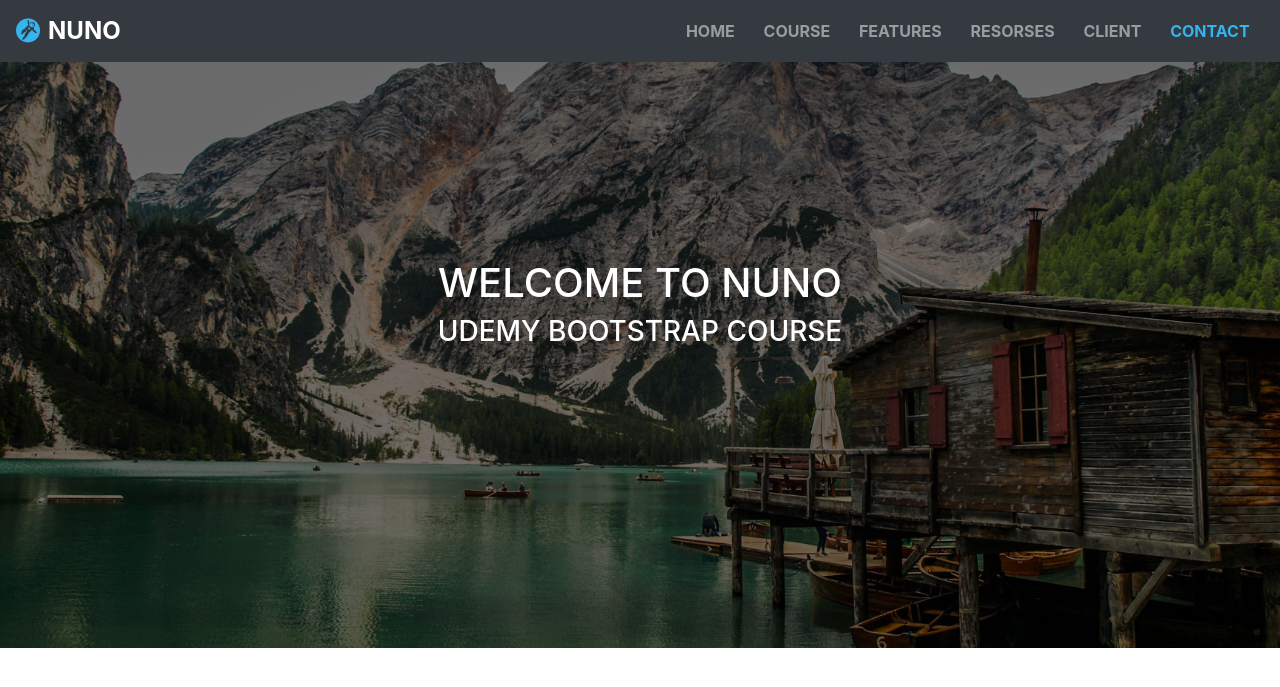
Repository: Mietlicha/bootstrap_template_exercise
Page: index.html
These files come from the project's save history. The page is drawn as it stood at one moment and after the next save; the edit follows.
The browser window is 1280 px wide. The pictures show the whole page.

Above is the page before, as saved 2019-11-19 19:01:14.

After the next save:
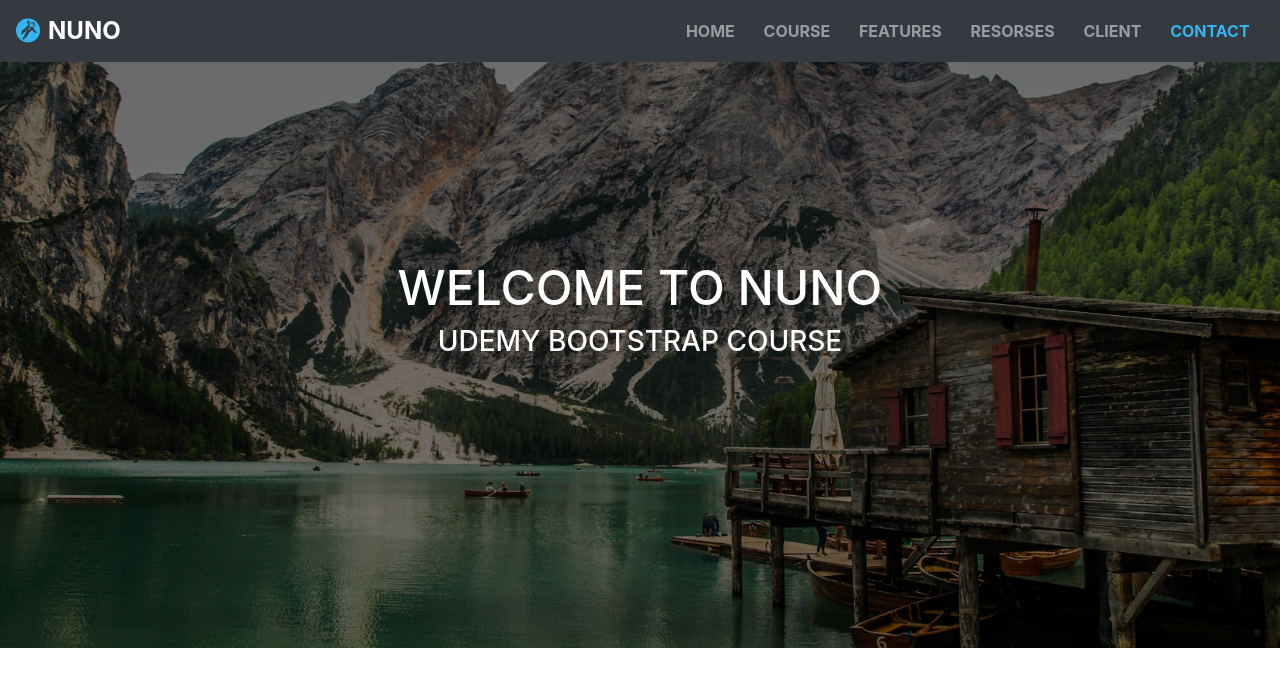
Saved 38 s later.
--- a/style.css
+++ b/style.css
@@ -65,3 +65,7 @@
     color: #fff;
     text-transform: uppercase;
 }
+
+.home--caption h1{
+    font-size: 3rem;
+}
